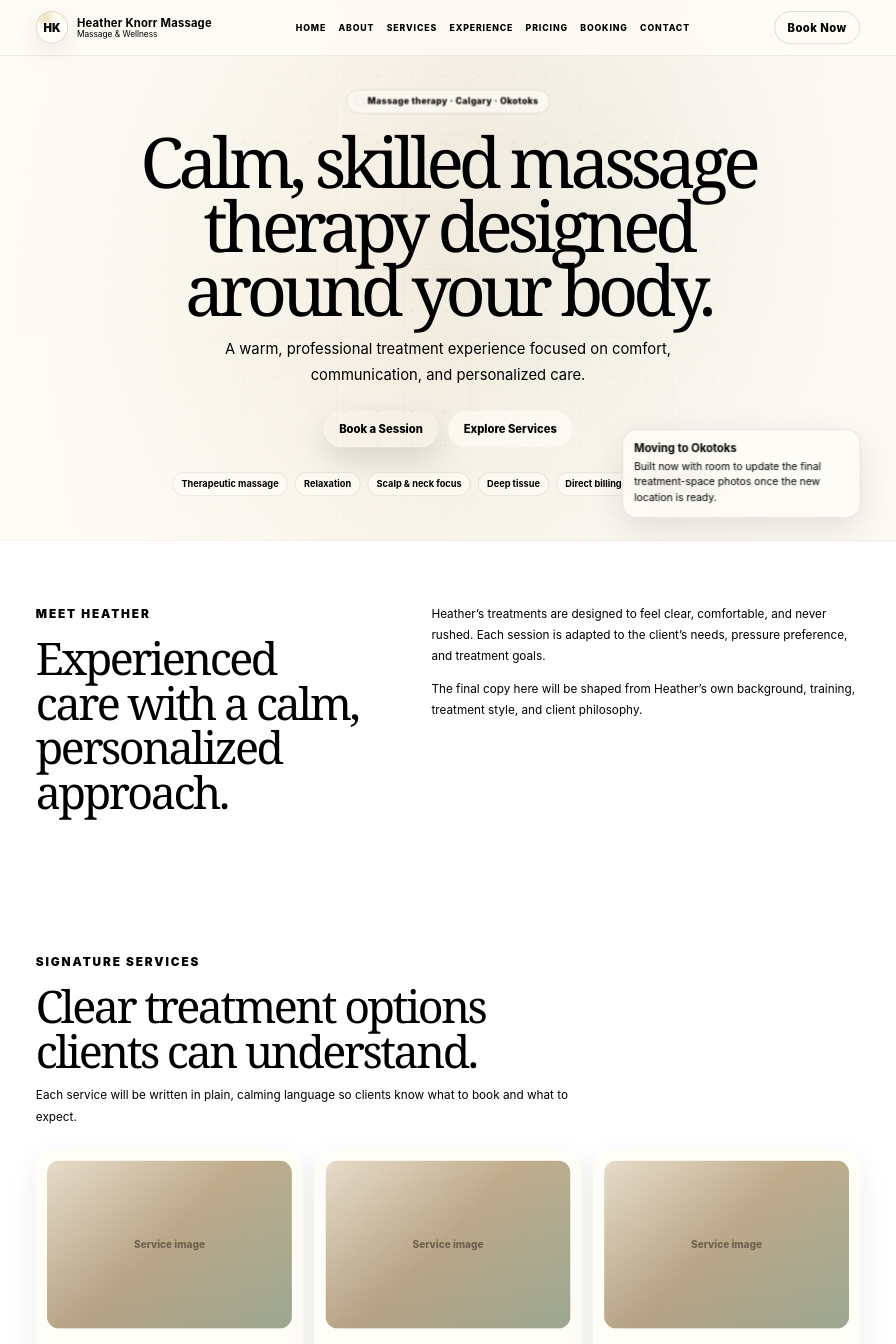
Repository: 300LBHACK3R/mckenzie-house-massage-site
Page: /
The author's editor kept a copy of each file at every save. The page is drawn from the files as they stood at one save, then again after the next save.
The browser window is 1280 px wide. The pictures show the part of the page from y = 0 to 1920 px (the page is 4377 px tall before and 4405 px after), at 70% of full size.
The project was rebuilt for these pictures with package versions that can differ from the ones it lists, and the page was loaded fresh each time. The framework's server and built-in components were replaced by stand-ins that run in the browser. Also part of the build but not shown: next.config.ts.

Above is the page before, as saved 2026-07-15 13:45:01.

### src/app/layout.tsx
import type { Metadata } from "next";
import "./globals.css";
import { siteConfig } from "@/lib/site";

export const metadata: Metadata = {
  title: `${siteConfig.businessName} | Massage Therapy in Okotoks`,
  description: siteConfig.description,
  metadataBase: new URL(siteConfig.domain),
  openGraph: {
    title: `${siteConfig.businessName} | Massage Therapy in Okotoks`,
    description: siteConfig.description,
    type: "website",
    locale: "en_CA",
  },
};

export default function RootLayout({
  children,
}: Readonly<{
  children: React.ReactNode;
}>) {
  return (
    <html lang="en-CA">
      <body>{children}</body>
    </html>
  );
}

### src/app/globals.css
@'
:root {
  --cream: #fbf7ef;
  --ivory: #fffdf7;
  --linen: #efe4d2;
  --sand: #d9c7aa;
  --tan: #bda889;
  --sage: #7f927d;
  --sage-dark: #52654f;
  --sage-soft: #dce5d8;
  --olive: #6f7a58;
  --gold: #b99a5d;
  --gold-soft: #e2cf9c;
  --brown: #33271f;
  --brown-soft: #6f6256;
  --border: rgba(51, 39, 31, 0.14);
  --light-border: rgba(255, 253, 247, 0.55);
  --shadow: 0 24px 80px rgba(51, 39, 31, 0.13);
}

* {
  box-sizing: border-box;
}

html {
  scroll-behavior: smooth;
}

body {
  margin: 0;
  background:
    radial-gradient(circle at top left, rgba(127, 146, 125, 0.18), transparent 36rem),
    radial-gradient(circle at bottom right, rgba(185, 154, 93, 0.14), transparent 34rem),
    linear-gradient(180deg, var(--cream) 0%, #f4eadb 100%);
  color: var(--brown);
  font-family:
    Inter, ui-sans-serif, system-ui, -apple-system, BlinkMacSystemFont, "Segoe UI",
    sans-serif;
}

a {
  color: inherit;
  text-decoration: none;
}

.site-header {
  position: fixed;
  inset: 0 0 auto;
  z-index: 50;
  display: flex;
  align-items: center;
  justify-content: space-between;
  gap: 1.5rem;
  padding: 1rem clamp(1rem, 4vw, 4.5rem);
  background: rgba(255, 253, 247, 0.72);
  border-bottom: 1px solid rgba(51, 39, 31, 0.1);
  color: var(--brown);
  backdrop-filter: blur(18px);
}

.brand {
  display: flex;
  align-items: center;
  gap: 0.8rem;
}

.brand-mark {
  display: grid;
  width: 46px;
  height: 46px;
  place-items: center;
  border: 1px solid rgba(185, 154, 93, 0.45);
  border-radius: 999px;
  background:
    radial-gradient(circle at 30% 20%, rgba(226, 207, 156, 0.65), transparent 34%),
    rgba(255, 253, 247, 0.82);
  color: var(--sage-dark);
  font-weight: 900;
  box-shadow: 0 12px 34px rgba(51, 39, 31, 0.1);
}

.brand strong,
.brand small {
  display: block;
}

.brand strong {
  letter-spacing: 0.02em;
}

.brand small {
  color: var(--brown-soft);
  font-size: 0.74rem;
}

.nav {
  display: flex;
  align-items: center;
  gap: 1.1rem;
  color: var(--brown-soft);
  font-size: 0.78rem;
  font-weight: 850;
  letter-spacing: 0.1em;
  text-transform: uppercase;
}

.nav a {
  position: relative;
}

.nav a::after {
  position: absolute;
  right: 0;
  bottom: -0.45rem;
  left: 0;
  height: 1px;
  background: var(--sage);
  content: "";
  opacity: 0;
  transform: scaleX(0.4);
  transition:
    opacity 180ms ease,
    transform 180ms ease;
}

.nav a:hover::after {
  opacity: 1;
  transform: scaleX(1);
}

.nav-cta,
.button {
  display: inline-flex;
  align-items: center;
  justify-content: center;
  border-radius: 999px;
  font-weight: 850;
}

.nav-cta {
  padding: 0.78rem 1.15rem;
  border: 1px solid rgba(82, 101, 79, 0.28);
  background: var(--sage-dark);
  color: var(--ivory);
  letter-spacing: 0.04em;
}

.organic-hero {
  position: relative;
  display: grid;
  min-height: 100svh;
  place-items: center;
  overflow: hidden;
  padding: 8rem clamp(1rem, 4vw, 4.5rem) 4rem;
  color: var(--brown);
  text-align: center;
}

.hero-media {
  position: absolute;
  inset: 0;
  z-index: -3;
  background:
    radial-gradient(circle at 50% 42%, rgba(255, 253, 247, 0.62), transparent 30rem),
    linear-gradient(135deg, #efe4d2, #d9c7aa 55%, #c8b18c);
}

.hero-media video,
.hero-media-placeholder {
  position: absolute;
  inset: 0;
  width: 100%;
  height: 100%;
}

.hero-media video {
  object-fit: cover;
  opacity: 0.55;
}

.hero-media-placeholder {
  background:
    linear-gradient(rgba(251, 247, 239, 0.16), rgba(251, 247, 239, 0.52)),
    radial-gradient(circle at 72% 28%, rgba(127, 146, 125, 0.28), transparent 26rem),
    radial-gradient(circle at 22% 70%, rgba(185, 154, 93, 0.18), transparent 30rem),
    linear-gradient(115deg, #f2e8d8 0%, #dfcfb4 48%, #b7c2aa 100%);
}

.hero-wash {
  position: absolute;
  inset: 0;
  z-index: 1;
  background:
    radial-gradient(circle at center, rgba(255, 253, 247, 0.2), rgba(255, 253, 247, 0.76) 78%),
    linear-gradient(90deg, rgba(251, 247, 239, 0.84), rgba(251, 247, 239, 0.34), rgba(251, 247, 239, 0.82));
}

.botanical-pattern {
  position: absolute;
  inset: 0;
  z-index: 2;
  background-image:
    radial-gradient(circle at 12px 12px, rgba(82, 101, 79, 0.08) 2px, transparent 2px),
    linear-gradient(90deg, rgba(82, 101, 79, 0.045) 1px, transparent 1px),
    linear-gradient(rgba(82, 101, 79, 0.045) 1px, transparent 1px);
  background-size: 48px 48px, 96px 96px, 96px 96px;
  mask-image: radial-gradient(circle at center, black 0%, transparent 76%);
  opacity: 0.85;
}

.hero-inner {
  width: min(1040px, 100%);
}

.hero-pill {
  display: inline-flex;
  align-items: center;
  gap: 0.45rem;
  margin: 0 0 1.4rem;
  padding: 0.52rem 0.95rem;
  border: 1px solid rgba(82, 101, 79, 0.18);
  border-radius: 999px;
  background: rgba(255, 253, 247, 0.62);
  color: var(--sage-dark);
  font-size: 0.78rem;
  font-weight: 800;
  letter-spacing: 0.04em;
  backdrop-filter: blur(16px);
}

.hero-pill span {
  width: 7px;
  height: 7px;
  border-radius: 999px;
  background: var(--sage);
  box-shadow: 0 0 14px rgba(127, 146, 125, 0.72);
}

h1,
h2,
h3,
p {
  margin-top: 0;
}

h1 {
  margin-bottom: 1.2rem;
  font-family: Georgia, "Times New Roman", serif;
  font-size: clamp(3.2rem, 7.8vw, 7.8rem);
  font-weight: 500;
  line-height: 0.92;
  letter-spacing: -0.075em;
  text-wrap: balance;
}

.organic-hero h1 {
  text-shadow: 0 18px 50px rgba(255, 253, 247, 0.62);
}

h2 {
  margin-bottom: 1rem;
  font-family: Georgia, "Times New Roman", serif;
  font-size: clamp(2.25rem, 5vw, 4.7rem);
  font-weight: 500;
  line-height: 1;
  letter-spacing: -0.055em;
  text-wrap: balance;
}

h3 {
  margin-bottom: 0.7rem;
  font-family: Georgia, "Times New Roman", serif;
  font-size: 1.55rem;
}

.hero-copy {
  max-width: 700px;
  margin-inline: auto;
  color: var(--brown-soft);
  font-size: clamp(1.05rem, 2vw, 1.32rem);
  line-height: 1.8;
}

.hero-actions {
  display: flex;
  flex-wrap: wrap;
  justify-content: center;
  gap: 0.85rem;
  margin-top: 2rem;
}

.button {
  min-height: 52px;
  padding: 0.95rem 1.4rem;
  border: 1px solid var(--border);
  transition:
    transform 180ms ease,
    border-color 180ms ease,
    background 180ms ease;
}

.button:hover {
  transform: translateY(-2px);
}

.button.primary {
  border-color: rgba(82, 101, 79, 0.2);
  background: linear-gradient(135deg, var(--sage-dark), var(--olive));
  color: var(--ivory);
  box-shadow: 0 18px 44px rgba(82, 101, 79, 0.2);
}

.button.secondary {
  border-color: rgba(51, 39, 31, 0.13);
  background: rgba(255, 253, 247, 0.62);
  color: var(--brown);
  backdrop-filter: blur(14px);
}

.hero-tags {
  display: flex;
  flex-wrap: wrap;
  justify-content: center;
  gap: 0.65rem;
  margin-top: 2.25rem;
}

.hero-tags span {
  padding: 0.48rem 0.75rem;
  border: 1px solid rgba(82, 101, 79, 0.16);
  border-radius: 999px;
  background: rgba(255, 253, 247, 0.58);
  color: var(--sage-dark);
  font-size: 0.82rem;
  font-weight: 700;
}

.hero-side-card {
  position: absolute;
  right: clamp(1rem, 4vw, 4.5rem);
  bottom: 2rem;
  display: grid;
  max-width: 340px;
  gap: 0.3rem;
  padding: 1rem;
  border: 1px solid rgba(82, 101, 79, 0.18);
  border-radius: 1.3rem;
  background: rgba(255, 253, 247, 0.66);
  color: var(--brown);
  text-align: left;
  box-shadow: 0 16px 50px rgba(51, 39, 31, 0.12);
  backdrop-filter: blur(18px);
}

.hero-side-card span {
  color: var(--brown-soft);
  font-size: 0.92rem;
  line-height: 1.55;
}

.eyebrow {
  margin: 0 0 1rem;
  color: var(--sage-dark);
  font-size: 0.78rem;
  font-weight: 900;
  letter-spacing: 0.16em;
  text-transform: uppercase;
}

.section {
  padding: clamp(4rem, 7vw, 7rem) clamp(1rem, 4vw, 4.5rem);
}

.split {
  display: grid;
  grid-template-columns: 0.9fr 1.1fr;
  gap: clamp(2rem, 5vw, 5rem);
  align-items: start;
}

.section-heading {
  max-width: 780px;
  margin-bottom: 2rem;
}

.section-heading p,
.section p {
  color: var(--brown-soft);
  font-size: 1.05rem;
  line-height: 1.8;
}

.service-grid {
  display: grid;
  grid-template-columns: repeat(3, minmax(0, 1fr));
  gap: 1rem;
}

.service-card {
  padding: 1rem;
  border: 1px solid var(--border);
  border-radius: 1.6rem;
  background: rgba(255, 253, 247, 0.78);
  box-shadow: 0 14px 44px rgba(51, 39, 31, 0.08);
}

.service-card p {
  min-height: 120px;
}

.service-card span {
  color: var(--sage-dark);
  font-size: 0.9rem;
  font-weight: 800;
}

.service-image {
  display: grid;
  min-height: 240px;
  margin-bottom: 1rem;
  place-items: center;
  border-radius: 1.1rem;
  background:
    linear-gradient(rgba(51, 39, 31, 0.03), rgba(51, 39, 31, 0.11)),
    linear-gradient(135deg, #ede2d0, #c4b08f 48%, #a9b79f);
  color: rgba(51, 39, 31, 0.55);
  font-weight: 800;
}

.experience-section {
  display: grid;
  grid-template-columns: minmax(0, 1.1fr) minmax(320px, 0.9fr);
  gap: 1rem;
  background:
    radial-gradient(circle at top right, rgba(255, 253, 247, 0.24), transparent 30rem),
    linear-gradient(135deg, var(--sage-dark), #6f7a58);
  color: var(--ivory);
}

.experience-card {
  padding: clamp(1.4rem, 4vw, 3rem);
  border: 1px solid rgba(255, 253, 247, 0.22);
  border-radius: 2rem;
  background: rgba(255, 253, 247, 0.08);
}

.experience-card .eyebrow {
  color: var(--gold-soft);
}

.experience-card p {
  color: rgba(255, 253, 247, 0.78);
}

.experience-list {
  display: grid;
  gap: 1rem;
}

.experience-list div {
  display: grid;
  gap: 0.4rem;
  padding: 1.2rem;
  border: 1px solid rgba(255, 253, 247, 0.2);
  border-radius: 1.4rem;
  background: rgba(255, 253, 247, 0.08);
}

.experience-list strong {
  color: var(--gold-soft);
}

.experience-list span {
  color: rgba(255, 253, 247, 0.72);
  line-height: 1.6;
}

.soft {
  background: rgba(255, 253, 247, 0.55);
  border-block: 1px solid var(--border);
}

.pricing-grid {
  display: grid;
  grid-template-columns: repeat(3, minmax(0, 1fr));
  gap: 1rem;
}

.pricing-grid div {
  display: grid;
  gap: 0.35rem;
  padding: 1.3rem;
  border: 1px solid var(--border);
  border-radius: 1.2rem;
  background: var(--ivory);
}

.pricing-grid strong {
  font-size: 1.2rem;
}

.pricing-grid span {
  color: var(--brown-soft);
}

.booking {
  max-width: 900px;
}

.footer {
  display: flex;
  justify-content: space-between;
  gap: 2rem;
  padding: 2rem clamp(1rem, 4vw, 4.5rem);
  border-top: 1px solid var(--border);
  color: var(--brown-soft);
}

.footer strong {
  color: var(--brown);
}

@media (max-width: 980px) {
  .site-header {
    position: absolute;
  }

  .nav {
    display: none;
  }

  .organic-hero {
    min-height: 100svh;
    padding-top: 7.5rem;
  }

  h1 {
    font-size: clamp(3rem, 15vw, 5.2rem);
  }

  .split,
  .experience-section {
    grid-template-columns: 1fr;
  }

  .service-grid,
  .pricing-grid {
    grid-template-columns: 1fr;
  }

  .hero-side-card {
    position: relative;
    right: auto;
    bottom: auto;
    margin-top: 2rem;
    text-align: center;
  }

  .footer {
    display: grid;
  }
}

@media (max-width: 560px) {
  .brand small {
    display: none;
  }

  .nav-cta {
    padding: 0.66rem 0.85rem;
    font-size: 0.82rem;
  }

  .hero-tags {
    display: none;
  }

  .section {
    padding-block: 4rem;
  }
}
'@ | Set-Content -Encoding UTF8 "src/app/globals.css"

### src/lib/site.ts
export const siteConfig = {
  businessName: "Heather Knorr Massage",
  legalName: "Heather Knorr",
  currentName: "McKenzie House Massage",
  description:
    "Calming, personalized massage therapy with clear communication, professional care, and convenient online booking.",
  location: "Calgary / Okotoks, Alberta",
  phone: "",
  email: "",
  bookingUrl: "#",
  domain: "https://example.com",
  heroVideo: "",
  social: {
    facebook: "",
    instagram: "",
  },
};

export const navItems = [
  { label: "Home", href: "#home" },
  { label: "About", href: "#about" },
  { label: "Services", href: "#services" },
  { label: "Experience", href: "#experience" },
  { label: "Pricing", href: "#pricing" },
  { label: "Booking", href: "#booking" },
  { label: "Contact", href: "#contact" },
];

export const serviceTags = [
  "Therapeutic massage",
  "Relaxation",
  "Scalp & neck focus",
  "Deep tissue",
  "Direct billing",
  "Online booking",
];

export const services = [
  {
    name: "Therapeutic Massage",
    description:
      "Focused massage care for clients who want to address tension, stiffness, and areas that need deeper attention.",
    bestFor: "Tension, stiffness, deep pressure, focused treatment",
  },
  {
    name: "Relaxation Massage",
    description:
      "A calming full-body treatment designed to help the nervous system settle while supporting rest and restoration.",
    bestFor: "Stress, relaxation, gentle pressure, full-body reset",
  },
  {
    name: "Scalp, Neck & Shoulder Focus",
    description:
      "A focused treatment option for clients who carry tension through the upper body, jaw, neck, and shoulders.",
    bestFor: "Neck tension, headaches, shoulder tightness, stress",
  },
];

export const experiencePillars = [
  {
    title: "Personalized pressure",
    text: "Each session is adjusted to the client’s comfort level, treatment goals, and preferred pressure.",
  },
  {
    title: "Clear service guidance",
    text: "Each treatment will be explained in plain language so clients know what to book and what to expect.",
  },
  {
    title: "Professional presentation",
    text: "Photography and video will show the treatment experience, the space, and Heather’s approach clearly.",
  },
];

export const pricingPreview = [
  { duration: "60 minutes", price: "Price to confirm" },
  { duration: "90 minutes", price: "Price to confirm" },
  { duration: "120 minutes", price: "Price to confirm" },
];

### src/components/Footer.tsx
import { siteConfig } from "@/lib/site";

export function Footer() {
  return (
    <footer className="footer">
      <div>
        <strong>{siteConfig.businessName}</strong>
        <p>{siteConfig.description}</p>
      </div>

      <div>
        <p>{siteConfig.location}</p>
        <p>Online booking through ClinicSense</p>
      </div>
    </footer>
  );
}

### src/components/Header.tsx
import { navItems, siteConfig } from "@/lib/site";

export function Header() {
  return (
    <header className="site-header">
      <a className="brand" href="#home" aria-label="Go to homepage">
        <span className="brand-mark">HK</span>
        <span className="brand-text">
          <strong>{siteConfig.businessName}</strong>
          <small>Massage & Wellness</small>
        </span>
      </a>

      <nav className="nav" aria-label="Main navigation">
        {navItems.map((item) => (
          <a key={item.href} href={item.href}>
            {item.label}
          </a>
        ))}
      </nav>

      <a className="nav-cta" href={siteConfig.bookingUrl}>
        Book Now
      </a>
    </header>
  );
}

Loaded but not shown: src/app/page.tsx (189 lines, source omitted)

After the next save:
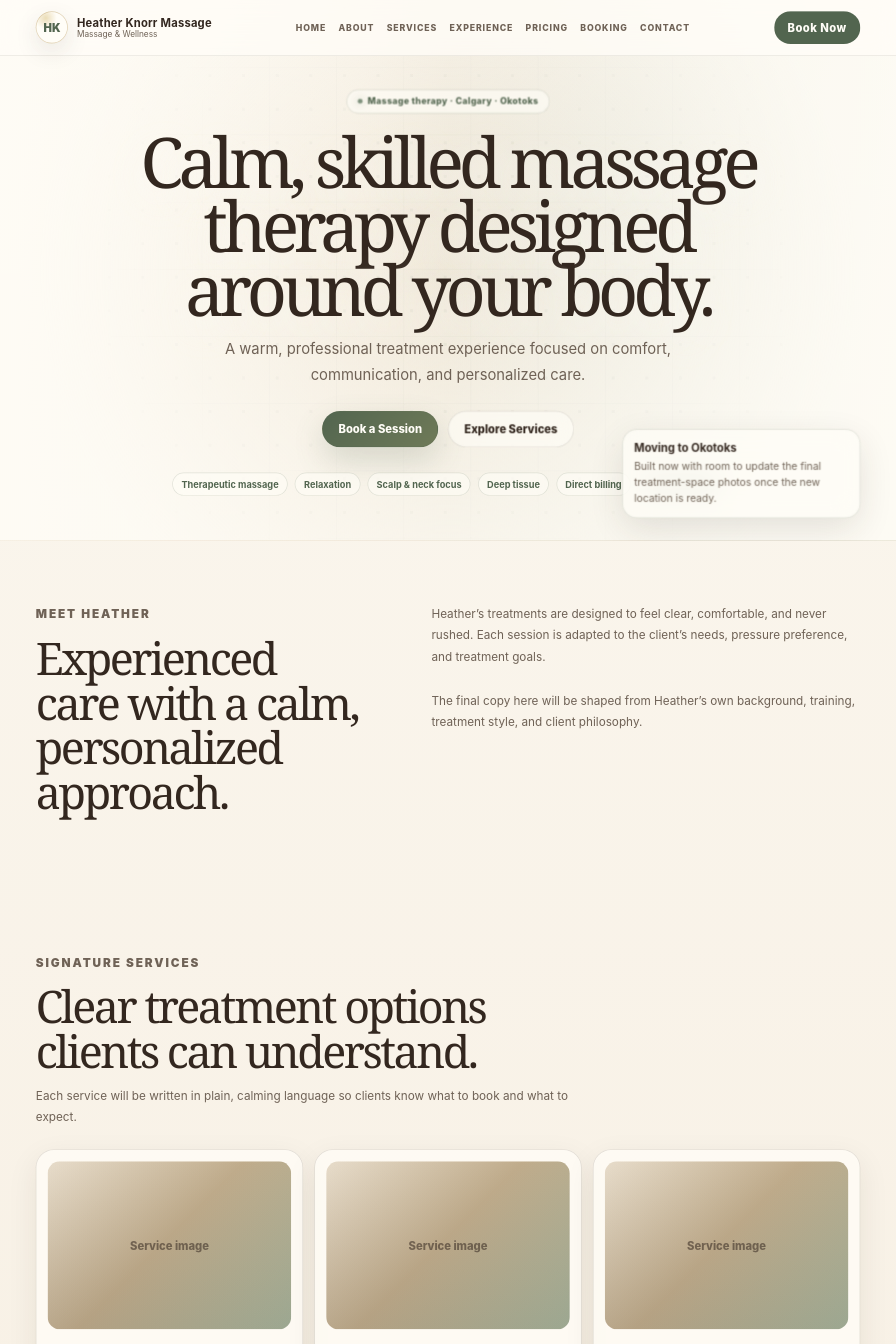
Saved 9 s later.
--- a/src/app/globals.css
+++ b/src/app/globals.css
@@ -1,4 +1,3 @@
-@'
 :root {
   --cream: #fbf7ef;
   --ivory: #fffdf7;
@@ -14,7 +13,6 @@
   --brown: #33271f;
   --brown-soft: #6f6256;
   --border: rgba(51, 39, 31, 0.14);
-  --light-border: rgba(255, 253, 247, 0.55);
   --shadow: 0 24px 80px rgba(51, 39, 31, 0.13);
 }
 
@@ -34,8 +32,8 @@ body {
     linear-gradient(180deg, var(--cream) 0%, #f4eadb 100%);
   color: var(--brown);
   font-family:
-    Inter, ui-sans-serif, system-ui, -apple-system, BlinkMacSystemFont, "Segoe UI",
-    sans-serif;
+    Inter, ui-sans-serif, system-ui, -apple-system, BlinkMacSystemFont,
+    "Segoe UI", sans-serif;
 }
 
 a {
@@ -52,7 +50,7 @@ a {
   justify-content: space-between;
   gap: 1.5rem;
   padding: 1rem clamp(1rem, 4vw, 4.5rem);
-  background: rgba(255, 253, 247, 0.72);
+  background: rgba(255, 253, 247, 0.76);
   border-bottom: 1px solid rgba(51, 39, 31, 0.1);
   color: var(--brown);
   backdrop-filter: blur(18px);
@@ -61,6 +59,7 @@ a {
 .brand {
   display: flex;
   align-items: center;
+  min-width: max-content;
   gap: 0.8rem;
 }
 
@@ -72,8 +71,8 @@ a {
   border: 1px solid rgba(185, 154, 93, 0.45);
   border-radius: 999px;
   background:
-    radial-gradient(circle at 30% 20%, rgba(226, 207, 156, 0.65), transparent 34%),
-    rgba(255, 253, 247, 0.82);
+    radial-gradient(circle at 30% 20%, rgba(226, 207, 156, 0.7), transparent 34%),
+    rgba(255, 253, 247, 0.88);
   color: var(--sage-dark);
   font-weight: 900;
   box-shadow: 0 12px 34px rgba(51, 39, 31, 0.1);
@@ -138,6 +137,7 @@ a {
 }
 
 .nav-cta {
+  min-width: max-content;
   padding: 0.78rem 1.15rem;
   border: 1px solid rgba(82, 101, 79, 0.28);
   background: var(--sage-dark);
@@ -191,8 +191,8 @@ a {
   inset: 0;
   z-index: 1;
   background:
-    radial-gradient(circle at center, rgba(255, 253, 247, 0.2), rgba(255, 253, 247, 0.76) 78%),
-    linear-gradient(90deg, rgba(251, 247, 239, 0.84), rgba(251, 247, 239, 0.34), rgba(251, 247, 239, 0.82));
+    radial-gradient(circle at center, rgba(255, 253, 247, 0.18), rgba(255, 253, 247, 0.78) 78%),
+    linear-gradient(90deg, rgba(251, 247, 239, 0.86), rgba(251, 247, 239, 0.3), rgba(251, 247, 239, 0.84));
 }
 
 .botanical-pattern {
@@ -378,6 +378,11 @@ h3 {
   align-items: start;
 }
 
+.copy-stack {
+  display: grid;
+  gap: 1rem;
+}
+
 .section-heading {
   max-width: 780px;
   margin-bottom: 2rem;
@@ -408,7 +413,7 @@ h3 {
   min-height: 120px;
 }
 
-.service-card span {
+.service-card small {
   color: var(--sage-dark);
   font-size: 0.9rem;
   font-weight: 800;
@@ -579,4 +584,3 @@ h3 {
     padding-block: 4rem;
   }
 }
-'@ | Set-Content -Encoding UTF8 "src/app/globals.css"
